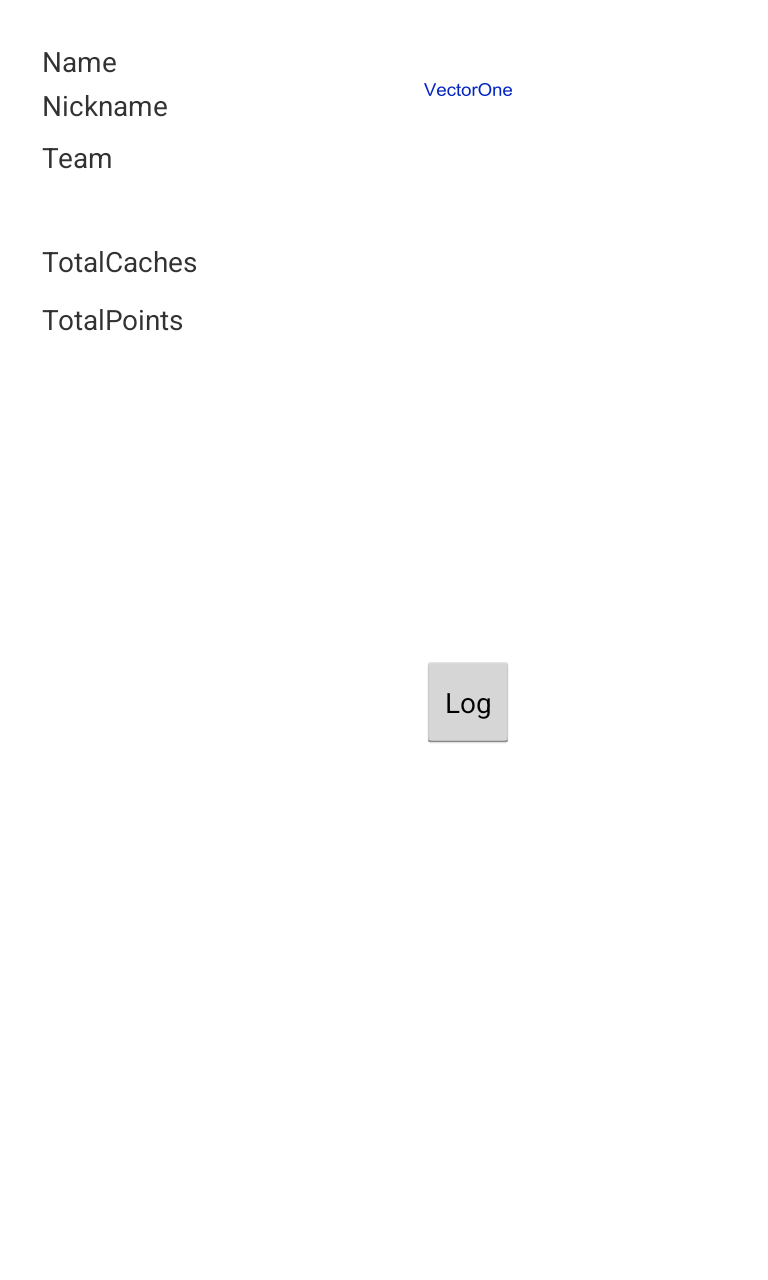
Repository: mpdehnel/seg
Layout: VectorOne/res/layout/activity_user.xml
These files come from the project's save history. The layout is drawn as it stood at one moment and after the next save; the edit follows.
It is drawn on a 768 x 1280 px phone screen (xhdpi) without system bars, with theme AppTheme; the app's code is not run.

Above is the layout before, as saved 2013-02-14 18:25:12.

After the next save:
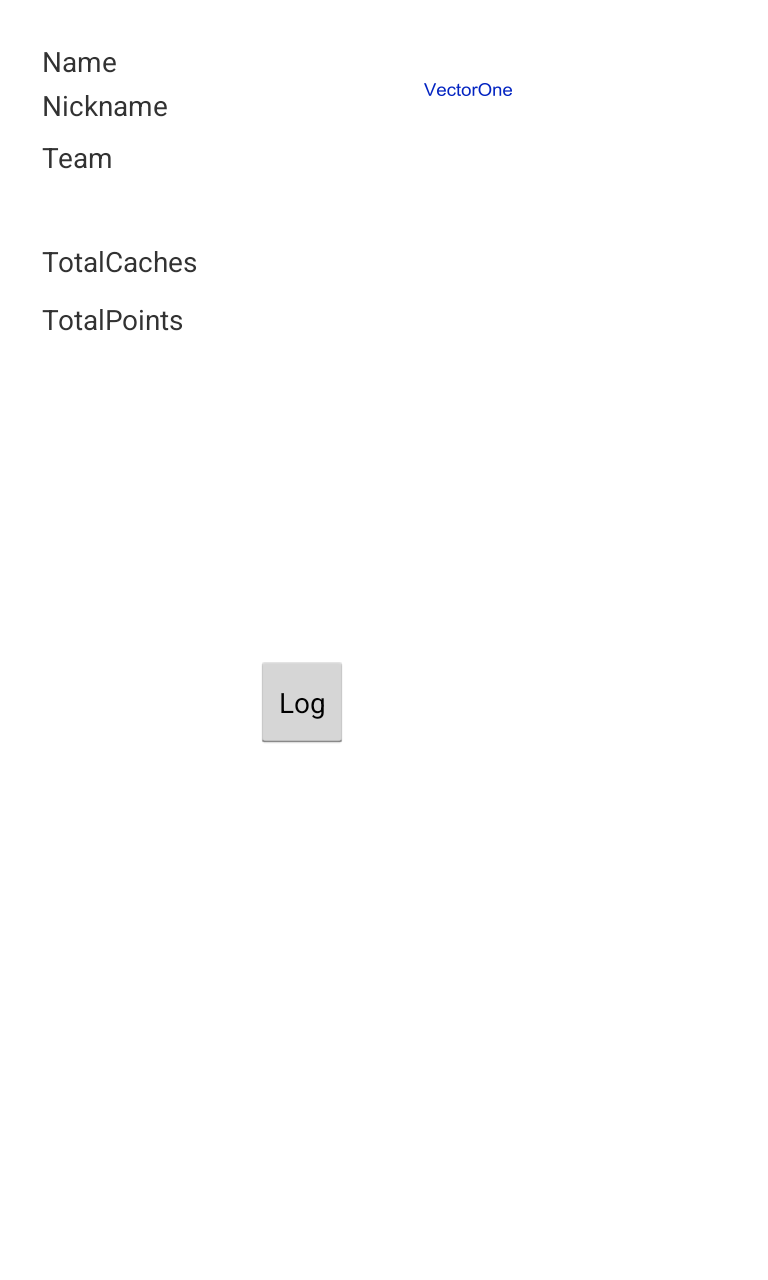
Saved 48 s later.
--- a/VectorOne/res/layout/activity_user.xml
+++ b/VectorOne/res/layout/activity_user.xml
@@ -3,7 +3,7 @@
         android:id="@+id/me_layout"
         android:layout_width="fill_parent"
         android:layout_height="fill_parent"
-        android:columnCount="3" >
+        android:columnCount="4" >
 
         <TextView
             android:id="@+id/name"
@@ -14,7 +14,7 @@
 
         <ImageView
             android:id="@+id/avatar"
-            android:layout_column="2"
+            android:layout_column="3"
             android:layout_gravity="left"
             android:layout_row="1"
             android:layout_rowSpan="2"
@@ -69,9 +69,15 @@
             android:layout_row="0" />
 
         <Space
-            android:layout_width="189dp"
+            android:layout_width="106dp"
             android:layout_height="1dp"
             android:layout_column="1"
+            android:layout_row="0" />
+
+        <Space
+            android:layout_width="83dp"
+            android:layout_height="1dp"
+            android:layout_column="2"
             android:layout_row="0" />
 
         <Space
@@ -98,4 +104,9 @@
             android:layout_column="0"
             android:layout_row="6" />
 
+        <Space
+            android:layout_width="108dp"
+            android:layout_height="15dp"
+            android:layout_column="3" />
+
     </GridLayout>
